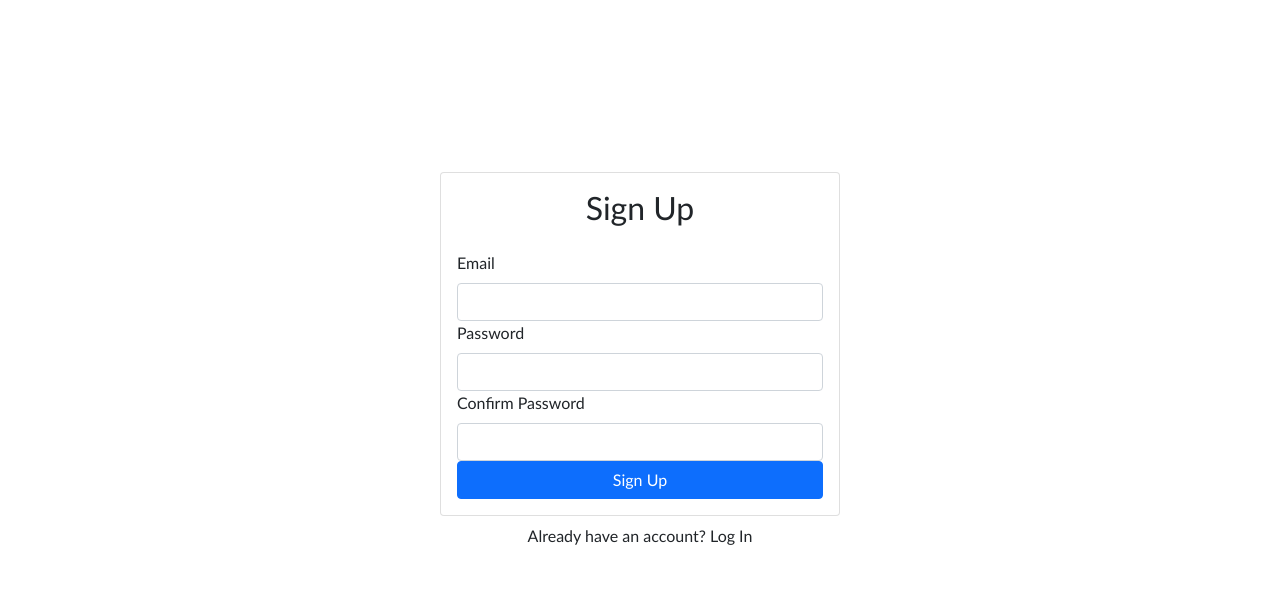
Repository: patrik-fredlund/freshkeeper-repo
Page: /signup
These files come from the project's save history. The page is drawn as it stood at one moment and after the next save; the edit follows.
The browser window is 1280 px wide. The pictures show the whole page.
The project was rebuilt for these pictures with package versions that can differ from the ones it lists, and the page was loaded fresh each time.

Above is the page before, as saved 2021-10-05 14:47:22.

### public/index.html
<!DOCTYPE html>
<html lang="en">

<head>
  <meta charset="utf-8" />
  <link rel="icon" href="%PUBLIC_URL%/favicon.ico" />
  <meta name="viewport" content="width=device-width, initial-scale=1" />
  <meta name="theme-color" content="#000000" />
  <meta name="description" content="Web site created using create-react-app" />
  <link rel="apple-touch-icon" href="%PUBLIC_URL%/logo192.png" />

  <link rel="manifest" href="%PUBLIC_URL%/manifest.json" />

  <title>Freshkeeper</title>
</head>

<body>
  <noscript>You need to enable JavaScript to run this app.</noscript>
  <div id="root"></div>

</body>

</html>

### src/index.js
import React from 'react';
import ReactDOM from 'react-dom';
import App from './components/App';
import 'bootstrap/dist/css/bootstrap.min.css';

ReactDOM.render(
  <React.StrictMode>
    <App />
  </React.StrictMode>,
  document.getElementById('root')
);

### src/components/App.js
import { Container } from 'react-bootstrap';
import '../App.css';
import Signup from './Signup';
import { AuthProvider } from '../context/AuthContext';

function App() {
  return (
    <AuthProvider>
      <Container
        className='d-flex align-items-center justify-content-center'
        style={{ minHeight: '100vh' }}
      >
        <div className='w-100' style={{ maxWidth: '400px' }}>
          <Signup />
        </div>
      </Container>
    </AuthProvider>
  );
}

export default App;

### src/App.css
* {
  box-sizing: border-box;
  margin: 0;
  padding: 0;
  font-family: 'Gill Sans', 'Gill Sans MT', Calibri, 'Trebuchet MS', sans-serif;
}

h1 {
  color: red;
}

### src/components/Signup.js
import React, { useRef, useState } from 'react';
import { Form, Button, Card, Alert } from 'react-bootstrap';
import { useAuth } from '../context/AuthContext';

export default function Signup() {
  const emailRef = useRef();
  const passwordRef = useRef();
  const passwordConfirmRef = useRef();
  const { signup, currentUser } = useAuth();
  const [error, setError] = useState('');
  const [loading, setLoading] = useState(false);

  async function handleSubmit(e) {
    e.preventDefault();

    if (passwordRef.current.value !== passwordConfirmRef.current.value) {
      return setError('Passwords do not match');
    }
    try {
      setError('');
      setLoading(true);
      await signup(emailRef.current.valaue, passwordRef.current.value);
    } catch {
      setError('failed to create an account');
    }
    setLoading(false);
  }

  return (
    <>
      <Card>
        <Card.Body>
          <h2 className='text-center mb-4'>Sign Up</h2>
          {JSON.stringify.currentUser}
          {error && <Alert variant='danger'>{error}</Alert>}
          <Form onSubmit={handleSubmit}>
            <Form.Group id='email'>
              <Form.Label>Email</Form.Label>
              <Form.Control type='email' ref={emailRef} required />
            </Form.Group>
            <Form.Group id='password'>
              <Form.Label>Password</Form.Label>
              <Form.Control type='password' ref={passwordRef} required />
            </Form.Group>
            <Form.Group id='password-confirm'>
              <Form.Label>Confirm Password</Form.Label>
              <Form.Control type='password' ref={passwordConfirmRef} required />
            </Form.Group>
            <Button disabled={loading} className='w-100' type='submit'>
              Sign Up
            </Button>
          </Form>
        </Card.Body>
      </Card>
      <div className='w-100 text-center mt-2'>
        Already have an account? Log In
      </div>
    </>
  );
}

### src/context/AuthContext.js
import React, { useContext, useState, useEffect } from 'react';
import { auth } from '../firebase';

const AuthContext = React.createContext();

export function useAuth() {
  return useContext(AuthContext);
}

export function AuthProvider({ children }) {
  const [currentUser, setCurrentUser] = useState();
  const [loading, setLoading] = useState(true);

  function signup(email, password) {
    return auth.createUserWithEmailAndPassword(email, password);
  }

  useEffect(() => {
    const unsubscribe = auth.onAuthStateChanged((user) => {
      setCurrentUser(user);
      setLoading(false);
    });
    return unsubscribe;
  }, []);

  const value = {
    currentUser,
    signup,
  };

  return (
    <AuthContext.Provider value={value}>
      {!loading && children}
    </AuthContext.Provider>
  );
}

### src/firebase.js
import firebase from 'firebase/compat/app';
import 'firebase/compat/auth';

const app = firebase.initializeApp({
  apiKey: process.env.REACT_APP_FIREBASE_API_KEY,
  authDomain: process.env.REACT_APP_FIREBASE_AUTH_DOMAIN,
  projectId: process.env.REACT_APP_FIREBASE_PROJECT_ID,
  storageBucket: process.env.REACT_APP_FIREBASE_STORAGE_BUCKET,
  messagingSenderId: process.env.REACT_APP_FIREBASE_MESSAGE_SENDER_ID,
  appId: process.env.REACT_APP_FIREBASE_APP_ID,
});

export const auth = app.auth();
export default app;

After the next save:
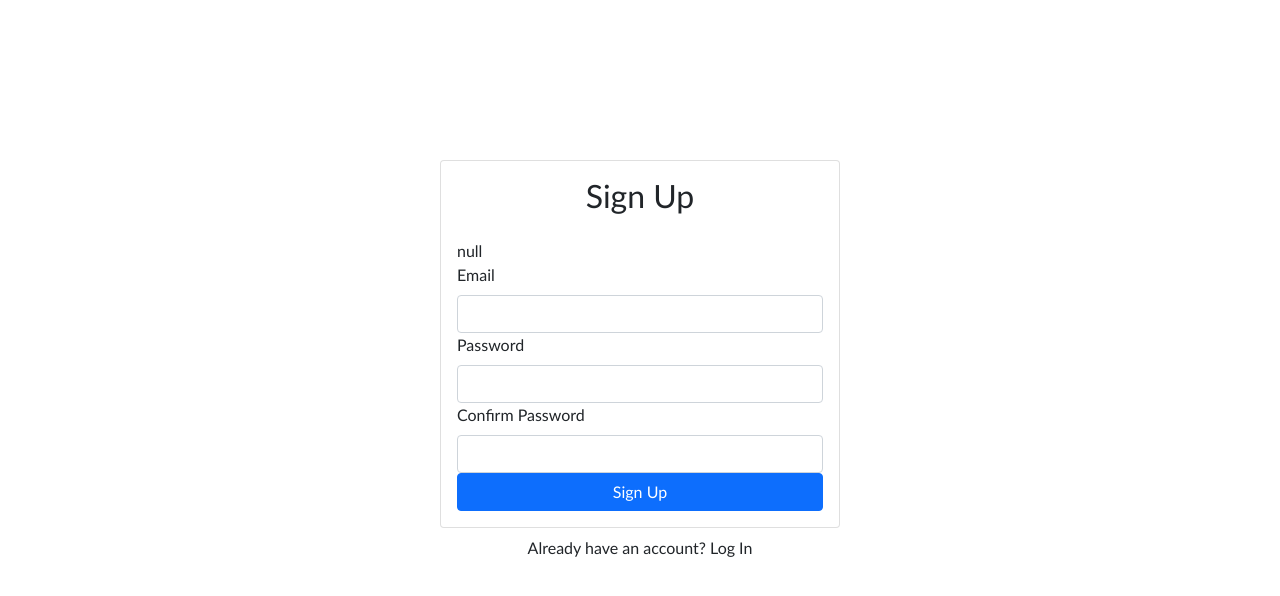
Saved 21 s later.
--- a/src/components/Signup.js
+++ b/src/components/Signup.js
@@ -31,7 +31,7 @@
       <Card>
         <Card.Body>
           <h2 className='text-center mb-4'>Sign Up</h2>
-          {JSON.stringify.currentUser}
+          {JSON.stringify(currentUser)}
           {error && <Alert variant='danger'>{error}</Alert>}
           <Form onSubmit={handleSubmit}>
             <Form.Group id='email'>

After the 3 saves that followed:
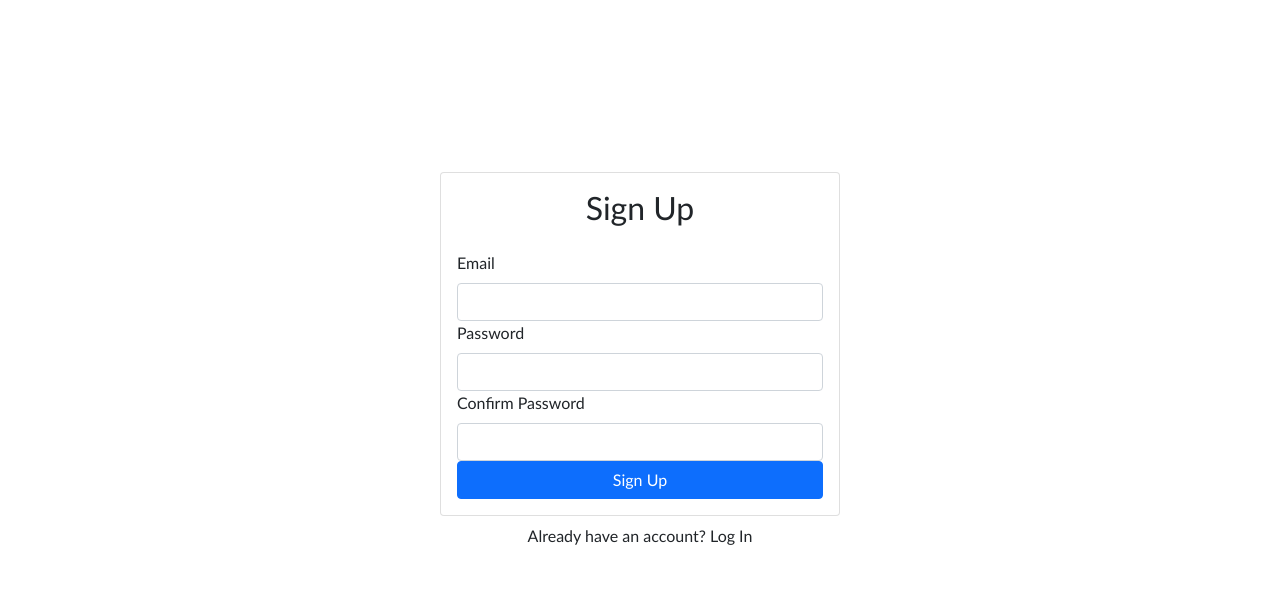
The 3 saves are shown as one change because 1 did not build or start and 1 left the picture as it was.
The last was saved 3 min 11 s later.
--- a/src/components/Signup.js
+++ b/src/components/Signup.js
@@ -31,7 +31,7 @@
       <Card>
         <Card.Body>
           <h2 className='text-center mb-4'>Sign Up</h2>
-          {JSON.stringify(currentUser)}
+          {currentUser && currentUser.email}
           {error && <Alert variant='danger'>{error}</Alert>}
           <Form onSubmit={handleSubmit}>
             <Form.Group id='email'>
